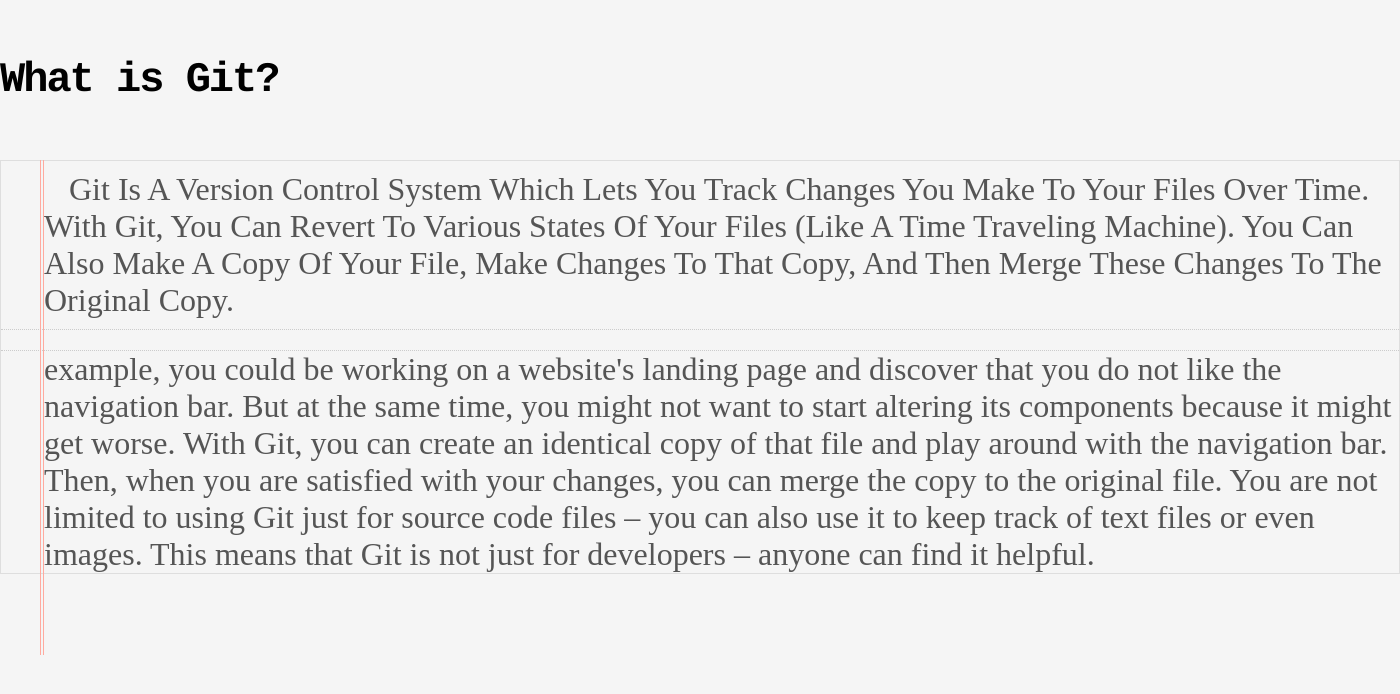
Repository: dev-singh-kanyal/Archive-git_github
Page: src/what is git.html
These files come from the project's save history. The page is drawn as it stood at one moment and after a run of saves; the edit follows.
The browser window is 1280 px wide. The page is 1400 px wide, so the pictures cover 1400 px, including what lies to the right of the window. The pictures show the whole page.
Some web fonts or font styles are not loaded; a fallback is used.

Above is the page before, as saved 2022-06-24 16:22:34.

After the next 2 saves:
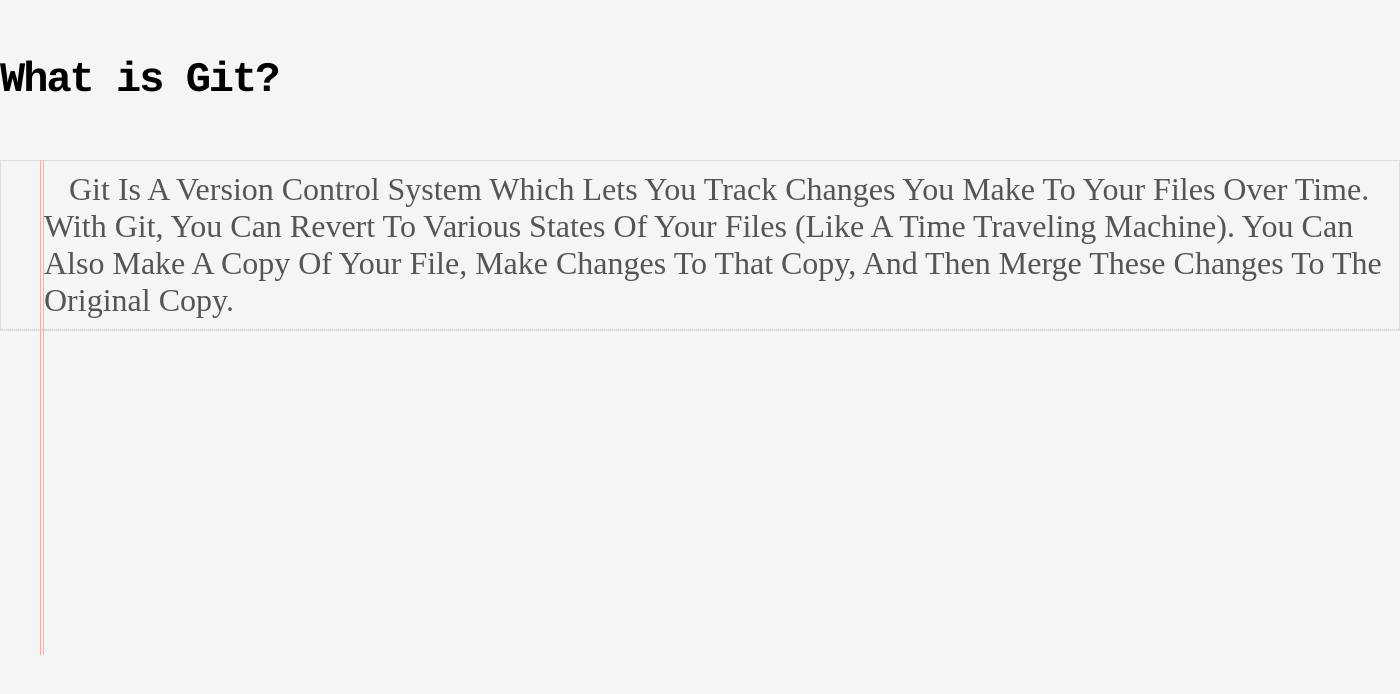
The 2 saves are shown as one change because they came seconds apart.
The last was saved 9 s later.
--- a/src/what is git.html
+++ b/src/what is git.html
@@ -16,7 +16,7 @@
 
     <ul class="list">
       <li>Git is a version control system which lets you track changes you make to your files over time. With Git, you can revert to various states of your files (like a time traveling machine). You can also make a copy of your file, make changes to that copy, and then merge these changes to the original copy.</li>
-      <li></li> example, you could be working on a website's landing page and discover that you do not like the navigation bar. But at the same time, you might not want to start altering its components because it might get worse.
+      <For example, you could be working on a website's landing page and discover that you do not like the navigation bar. But at the same time, you might not want to start altering its components because it might get worse.
 
         With Git, you can create an identical copy of that file and play around with the navigation bar. Then, when you are satisfied with your changes, you can merge the copy to the original file.
 
